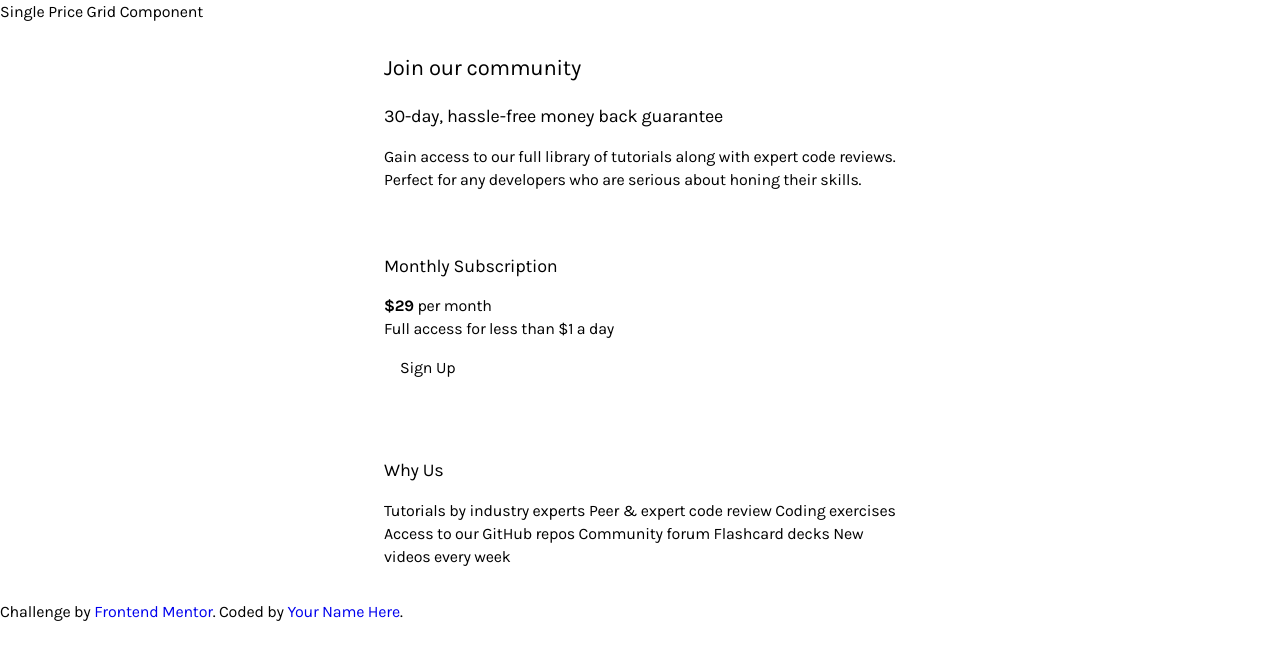
Repository: bangjuyoung/bangjuyoung
Page: practice/frontend-mentor/single-price-grid-component/index.html
These files come from the project's save history. The page is drawn as it stood at one moment and after the next save; the edit follows.
The browser window is 1280 px wide. The pictures show the whole page.

Above is the page before, as saved 2019-06-16 13:06:09.

### practice/frontend-mentor/single-price-grid-component/index.html
<!DOCTYPE html>
<html lang="en">

<head>
  <meta charset="UTF-8">
  <meta name="viewport" content="width=device-width, initial-scale=1.0">
  <title>Frontend Mentor | Single Price Grid Component</title>
  <link rel="icon" type="image/png" sizes="32x32" href="./images/favicon-32x32.png">
  <link rel="stylesheet" href="../../../assets/css/base.css">
  <link href="https://fonts.googleapis.com/css?family=Karla:400,700&display=swap" rel="stylesheet">
  <link rel="stylesheet" href="./default.css">
</head>

<body>
  <main role="main">
    <h1>Single Price Grid Component</h1>
    <article class="single-price__wrapper">

      <section class="single-price__primary single-price">
        <div class="single-price__body">
          <h2 class="single-price__title">Join our community</h2>
          <h3 class="single-price__subtitle">30-day, hassle-free money back guarantee</h3>
          <p>Gain access to our full library of tutorials along with expert code reviews.</p>
          <p>Perfect for any developers who are serious about honing their skills.</p>
        </div>
      </section>

      <div class="single-price__secondary">
        <section class="single-price">
          <div class="single-price__body">
            <h3 class="single-price__subtitle">Monthly Subscription</h3>
            <p><strong>&dollar;29</strong> per month</p>
            <p>Full access for less than &dollar;1 a day</p>
            <a class="btn btn-secondary btn-block">Sign Up</a>
          </div>
        </section>

        <section class="single-price">
          <div class="single-price__body">
            <h4 class="single-price__subtitle">Why Us</h4>
            <p>
              Tutorials by industry experts
              Peer &amp; expert code review
              Coding exercises
              Access to our GitHub repos
              Community forum
              Flashcard decks
              New videos every week
            </p>
          </div>
        </section>
      </div>

    </article>
  </main>


  <footer role="contentinfo">
    <p class="attribution">
      Challenge by <a href="https://www.frontendmentor.io?ref=challenge" target="_blank" rel="noopener">Frontend
        Mentor</a>.
      Coded by <a href="#">Your Name Here</a>.
    </p>
  </footer>
</body>

</html>

### assets/css/base.css
@charset "UTF-8";

/*
// Base
//
// Normalization of HTML elements, manually forked from Normalize.css to remove
// styles targeting irrelevant browsers while applying new styles.
//
// Normalize is licensed MIT. https://github.com/necolas/normalize.css
*/

/*
 * Document
 */

*,
*::before,
*::after {
  /* padding 과 border 가 요소 너비에 포함되도록 설정 */
  box-sizing: border-box;
}

html {
  /* 모든 브라우저에 기본 폰트 및 line-height 설정 */
  font-family: sans-serif;
  line-height: 1.15;
  /* window 폰의 IE 나 iOS 에서 방향 변경시 폰트 사이즈 수정되는 현상 막음 */
  -webkit-text-size-adjust: 100%;
  /* @viewport 설정시 IE11 과 Edge 에서 스크롤바가 컨텐트에 겹치므로 겹치지 않고 자동 숨김 되지 않도록 강제 */
  -ms-overflow-style: scrollbar;
  /* iOS 에서 완전히 투명으로 보이기 위해 기본 탭 하이라이트 변경 */
  -webkit-tap-highlight-color: rgba(0, 0, 0, 0);
}

/* IE10 이하 및 오래된 브라우저에서 새 HTML5 요소들 맞게 표시 */
article,
aside,
figcaption,
figure,
footer,
header,
hgroup,
main,
nav,
section {
  display: block;
}

/* 여백 초기화 */
body,
h1,
h2,
h3,
h4,
h5,
h6,
p,
ol,
ul,
dl,
blockquote,
pre,
figure,
input,
button,
select,
optgroup,
textarea,
fieldset {
  margin: 0;
}

/*
 * Body
 */

/*
  -apple-system, // Safari for OS X and iOS (San Francisco)
  BlinkMacSystemFont, // Chrome < 56 for OS X (San Francisco)
  "Segoe UI", // Windows
  "Roboto", // Android
  "Helvetica Neue", Arial, sans-serif, // Basic web fallback
  "Apple Color Emoji", "Segoe UI Emoji", "Segoe UI Symbol" !default; // Emoji fonts
 */

body {
  font-family: -apple-system, BlinkMacSystemFont, 'Segoe UI', Roboto,
    'Helvetica Neue', Arial, Noto Sans, sans-serif, 'Apple Color Emoji',
    'Segoe UI Emoji', 'Segoe UI Symbol', 'Noto Color Emoji';
  font-size: 1rem;
  font-weight: 400;
  line-height: 1.5;
  /* 명시적으로 기본값을 지정해 하위 요소들이 상속 받을 수 있게 함 */
  text-align: left;
  /* 기본 배경색 지정 */
  background-color: #fff;
}

body,
input,
textarea,
select,
button {
  font-synthesis: none;
  -moz-font-feature-settings: 'kern';
  -webkit-font-smoothing: antialiased;
  -moz-osx-font-smoothing: grayscale;
}

/*
 * Future-proof rule: in browsers that support :focus-visible,
 * focus outline 을 표시하지 않는 요소에 프로그램적으로 포커스가 갔을때 focus outline 숨김
 *
 * See https://developer.mozilla.org/en-US/docs/Web/CSS/:focus-visible
 * and https://developer.paciellogroup.com/blog/2018/03/focus-visible-and-backwards-compatibility/
 */
[tabindex='-1']:focus:not(:focus-visible) {
  outline: 0 !important;
}

/*
 * Content grouping
 *
 */

hr {
  box-sizing: content-box;
  height: 0;
  /* Edge와 ie에서 overflow 표시 */
  overflow: visible;
}

/*
 * Typography
 */

h1,
h2,
h3,
h4,
h5,
h6 {
  font-size: inherit;
  font-weight: inherit;
}

/*
 * Abbreviations
 */

abbr[title] {
  /* Chrome, Edge, IE, Opera, 그리고 Safari 에서 테스트 표시줄 스타일 정정 */
  text-decoration: underline;
  text-decoration: underline dotted;
  /* 바뀐 행위를 나타내기 위해 명시적으로 커서를 추가 */
  cursor: help;
  /* Firefox 39이하에서 나타나는 테스트 하단 테투리 제거 */
  border-bottom: 0;
  /* 텍스트 표시줄이 건너뛰지 않도록 설정 */
  text-decoration-skip-ink: none;
}

address {
  font-style: normal;
  line-height: inherit;
}

b,
strong {
  /* Chrome, Edge, 그리고 Safari 에서 올바른 글자 굵기 정정 */
  font-weight: bolder;
}

small {
  /* 모든 브라우저에서 글자 크기 정정 */
  font-size: 85%;
}

/*
 * 모든 브라우저에서 sub 과 sup 요소들이 즐 간격 영향 받지 않도록 설정
 */

sub,
sup {
  position: relative;
  font-size: 75%;
  line-height: 0;
  vertical-align: baseline;
}

sub {
  bottom: -0.25em;
}

sup {
  top: -0.5em;
}

/*
 * Links
 */

a {
  text-decoration: none;
  /* IE 10 에서 현재 열려 있는 링크에 나타나는 회색배경색을 제거 */
  background-color: transparent;
}

a:hover {
  text-decoration: underline;
}

/*
 * tablindex 없이는 명시적으로 키보드 포커스가 가능하지 않도록 href 속성이 없는 플레이스 홀더 링크/네임 앵커에 대한 스타일 재지정
 * 단순히 a[href] 로 스타일 지정이 간단할 수 있지만, 많은 다른 스타일내에서 고치기엔 복잡한 특정 이슈 유발 가능성 존재
 * See https://github.com/twbs/bootstrap/issues/19402
 */

a:not([href]):not([tabindex]) {
  color: inherit;
  text-decoration: none;
}

a:not([href]):not([tabindex]):hover,
a:not([href]):not([tabindex]):focus {
  color: inherit;
  text-decoration: none;
}

a:not([href]):not([tabindex]):focus {
  outline: 0;
}

/*
 * Code
 */

pre,
code,
kbd,
samp {
  font-family: SFMono-Regular, Menlo, Monaco, Consolas, 'Liberation Mono',
    'Courier New', monospace;
  /* 모든 브라우저에서 이상한 em 글자 크기 정정 */
  font-size: 1em;
}

pre {
  /* 바깥 영역을 깨지 않도록 내용 영역 오버플로우 설정 */
  overflow: auto;
  /* IE11 와 Edge 에서 @viewport 설정시 스크롤바가 내용을 덮는 현상에서 내용 덮지 않고 자동으로 숨겨지지 않도록 재지정  */
  -ms-overflow-style: scrollbar;
}

/*
 * Images and content
 */

img {
  vertical-align: middle;
  /* IE10 이하에서 링크 내 이미지 요소들에 테두리 제거 */
  border-style: none;
}

svg {
  /*
     * IE10/11 에서 오버플로우 되는 버그로 인해 필요
     * See https://github.com/twbs/bootstrap/issues/26878
     */
  overflow: hidden;
  vertical-align: middle;
}

/*
 * Tables
 */

table {
  /* Prevent double borders 테두리들이 맞 닿았을 때 합쳐지도록 설정 */
  border-collapse: collapse;
}

/* body 요소나 가장 가까운 부모로 부터 지정된 텍스트 정렬 요소를 상속해 td 요소 정렬과 일치 */
caption,
th {
  text-align: inherit;
}

/*
 * Forms
 */

/*
 * macOS Chrome 에서 추가되는 기본 border-radius  제거
 * Details at https://github.com/twbs/bootstrap/issues/24093
 */
button {
  border-radius: 0;
}

/* Firefox/IE 에서 button 배경색이 투명일 때 기본 button 포커스 스타일이 손실되는 버그 피함
 * Credit: https://github.com/suitcss/base/
 */
button:focus {
  outline: 1px dotted;
  outline: 5px auto -webkit-focus-ring-color;
}

input,
button,
select,
optgroup,
textarea {
  font-family: inherit;
  font-size: inherit;
  line-height: inherit;
}

button,
input {
  /* Edge 에서 overflow 보임  */
  overflow: visible;
}

button,
select {
  /* Firefox 에서 텍스트 변형 상속되는 것을 제거 */
  text-transform: none;
}

/* 1. Android 4 에서 기본 audio 와 video 컨트롤이 제거되는 WebKit 버그 제거 */
button,
[type="button"],
/* 1 */
[type="reset"],
[type="submit"] {
  /* iOS 와 Safari 에서 클릭 가능한 타입으로 스타일 정정  */
  -webkit-appearance: button;
}

/* Firefox 에서 안쪽 테두리와 여백 제거하고 Normalize 처럼 outline 을 복원하지 않음 */
button::-moz-focus-inner,
[type='button']::-moz-focus-inner,
[type='reset']::-moz-focus-inner,
[type='submit']::-moz-focus-inner {
  padding: 0;
  border-style: none;
}

/* IE 10 이하에서 box sizing 정정 추가 및 padding 제거 */
input[type='radio'],
input[type='checkbox'] {
  box-sizing: border-box;
  padding: 0;
}

input[type='date'],
input[type='time'],
input[type='datetime-local'],
input[type='month'] {
  /* Mobile Safari 에서 line-height 설정시 텍스트가 input 내 수직 중양 정렬되지 않는 버그를 피하기 위해 시간 input 기본 모양 제거
    // See https://bugs.webkit.org/show_bug.cgi?id=139848
    // and https://github.com/twbs/bootstrap/issues/11266
    */
  -webkit-appearance: listbox;
}

textarea {
  /* IE 에서 기본 수직 스크롤바 제거 */
  overflow: auto;
  /* textarea 는 수직으로만 리사이즈 되도록 설정 */
  resize: vertical;
}

fieldset {
  /*
     * fieldsets 은 min-width이 min-content 로 일반 블록 요소처럼 min-width 재지정
     * See https://github.com/twbs/bootstrap/issues/12359
     * and https://html.spec.whatwg.org/multipage/#the-fieldset-and-legend-elements
     * 페이지 레이아웃에 영향을 주지 않도록 기본 스타일 리셋
     */
  min-width: 0;
  padding: 0;
  border: 0;
}

/* 1. Edge 와 IE 에서 텍스트 래핑 정정 */
legend {
  display: block;
  width: 100%;
  /* 1 */
  max-width: 100%;
  margin-bottom: 0.5rem;
  padding: 0;
  font-size: 1.5rem;
  /* IE 에서 fieldset 요소로 부터 색상 상속하도록 정정 */
  color: inherit;
  line-height: inherit;
  /* 1 */
  white-space: normal;
}

progress {
  /* Chrome, Firefox, Opera 에서 vertical alignment 스타일 추가 */
  vertical-align: baseline;
}

[type='number']::-webkit-inner-spin-button,
[type='number']::-webkit-outer-spin-button {
  /* Chrome 에서 증감 버튼 커서 스타일 정정 */
  height: auto;
}

[type='search'] {
  /*
     * iOS 에서 검색 input 의 추가적인 둥근 코너를 오버라이드하여
     * 기본 form-control 클래스 스타일이 적절히 스타일 적용될 수 있도록 함
     * https://github.com/twbs/bootstrap/issues/11586.
     * Safari 에서 outline 스타일 정정
     */
  outline-offset: -2px;
  -webkit-appearance: none;
}

/*
 * macOS 에서 Chrome 과 Safari 에서 안쪽 여백 제거
 */

[type='search']::-webkit-search-decoration {
  -webkit-appearance: none;
}

::-webkit-file-upload-button {
  font: inherit;
  /* iOS 와 Safari 에서 클릭가능한 타입으로 정정 */
  -webkit-appearance: button;
}

/*
* 요소 디스플레이 정정
*/

output {
  display: inline-block;
}

summary {
  /* 모든 브라우저에서 적절한 디스플레이 속성 추가 */
  display: list-item;
  cursor: pointer;
}

template {
  /* IE에서 필요 */
  display: none;
}

[hidden] {
  /* hidden 속성을 가진 HTML 요소는 항상 숨김 (from PureCSS), IE 10 이하에서 필요 */
  display: none !important;
}

### practice/frontend-mentor/single-price-grid-component/default.css
@charset "UTF-8";

html {
    font-size: 15px;
}

body {
    font-family: 'Karla', sans-serif;
    letter-spacing: -0.013em;
    line-height: 1.44;
}

@media (min-width: 48rem) {
    html {
        font-size: 16px;
    }
}

.btn {
    display: inline-block;
    padding: 1rem;
}


/*
 * single-price
 */
.single-price__wrapper {
    max-width: 36rem;
    margin-left: auto;
    margin-right: auto;
}

.single-price__body {
    padding: 2rem;
}

.single-price__title {
    margin-bottom: 1.5rem;
    font-size: 1.375rem;
    line-height: 1.2;
}

.single-price__subtitle {
    margin-bottom: 1rem;
    font-size: 1.125rem;
    line-height: 1.3;
}

@media (min-width: 74rem) {
    .single-price {
        max-width: 72rem;
    }

    .single-price__secondary::after {
        content: '';
        display: block;
        clear: both;
    }

    .single-price__secondary .single-price__divider {
        float: left;
        width: 50%;
    }
}


/*
 * theme
 */
.text-primary {
    color: hsl(179, 62%, 43%);
}

.text-primary--gray {
    color: hsl(218, 22%, 67%);
}

.text-sedondary {
    color: hsl(71, 73%, 54%);
}

.text-gray--pale {
    color: hsl(204, 43%, 93%);
}

After the next save:
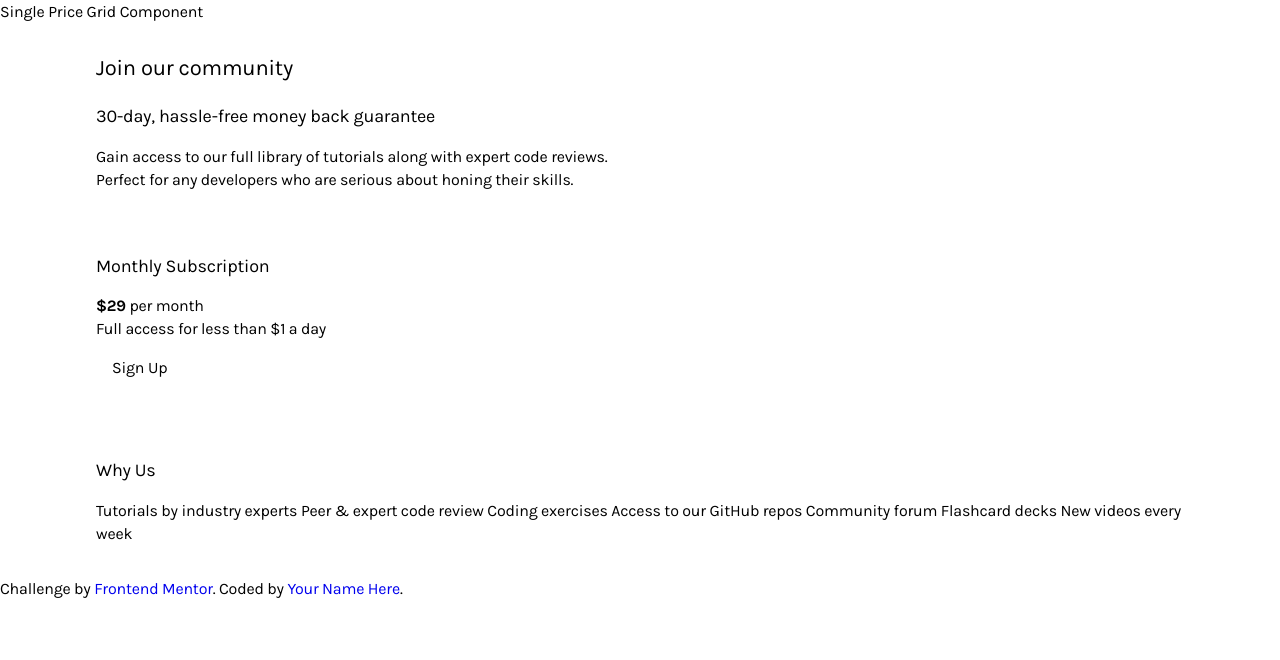
Saved 5 s later.
--- a/practice/frontend-mentor/single-price-grid-component/default.css
+++ b/practice/frontend-mentor/single-price-grid-component/default.css
@@ -48,7 +48,7 @@ body {
 }
 
 @media (min-width: 74rem) {
-    .single-price {
+    .single-price__wrapper {
         max-width: 72rem;
     }
 
